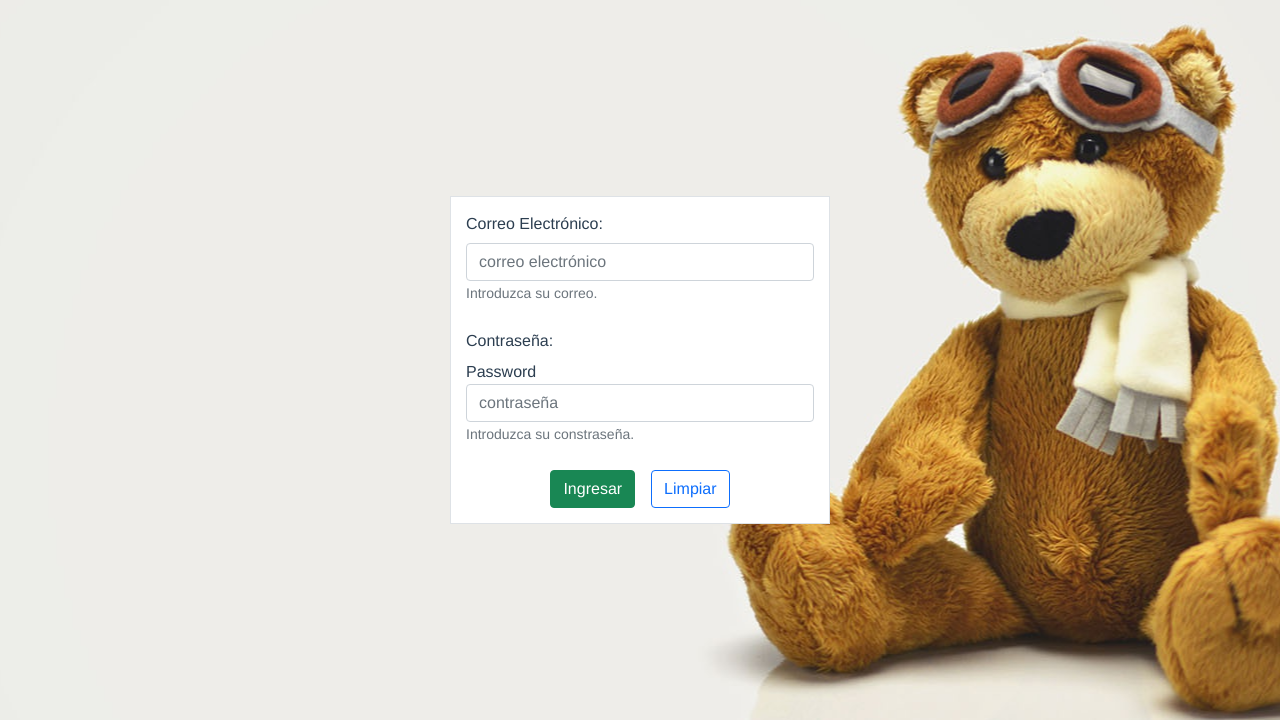
Repository: Darigo30/prueba-jugueteria
Page: /
An editor plug-in stored every save of this project. The page is shown before and after the next save, followed by the edit.
The browser window is 1280 px wide. The pictures show the whole page.
Some web fonts or font styles are not loaded; a fallback is used. The project was rebuilt for these pictures with package versions that can differ from the ones it lists, and the page was loaded fresh each time. Also part of the build but not shown: src/components/Editar.vue, src/components/Tabla.vue, src/components/Agregar.vue, src/views/Home.vue.

Above is the page before, as saved 2021-05-30 21:23:02.

After the next save:
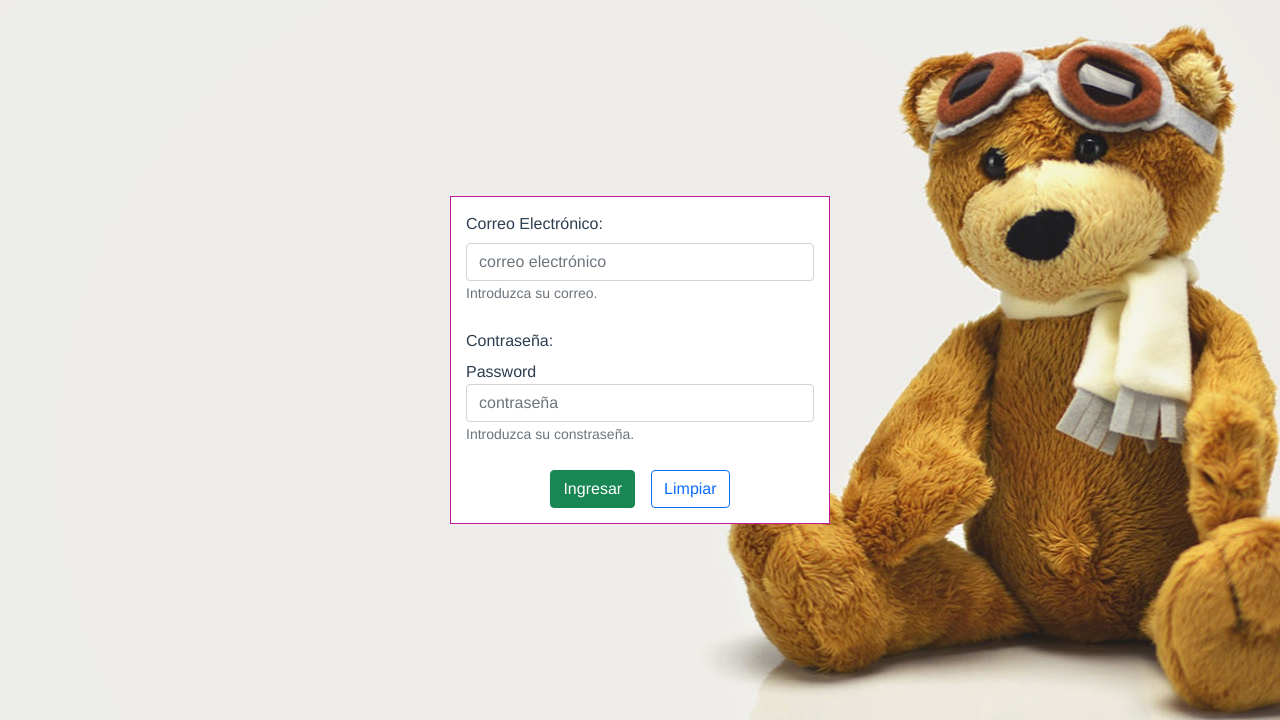
Saved 65 s later.
--- a/src/views/Login.vue
+++ b/src/views/Login.vue
@@ -2,7 +2,7 @@
 <div class="bg">
    <b-container>
     <b-row style="height: 100vh">
-      <b-col class="m-auto border fo" cols="12" md="4">
+      <b-col class="m-auto fo" cols="12" md="4">
         <b-form-group
           label="Correo Electrónico:"
           description="Introduzca su correo."
@@ -90,6 +90,6 @@ export default {
   .fo{
     background: #fff;
     padding: 15px;
-
+    border: 1px solid #c1189f;;
   }
 </style>
